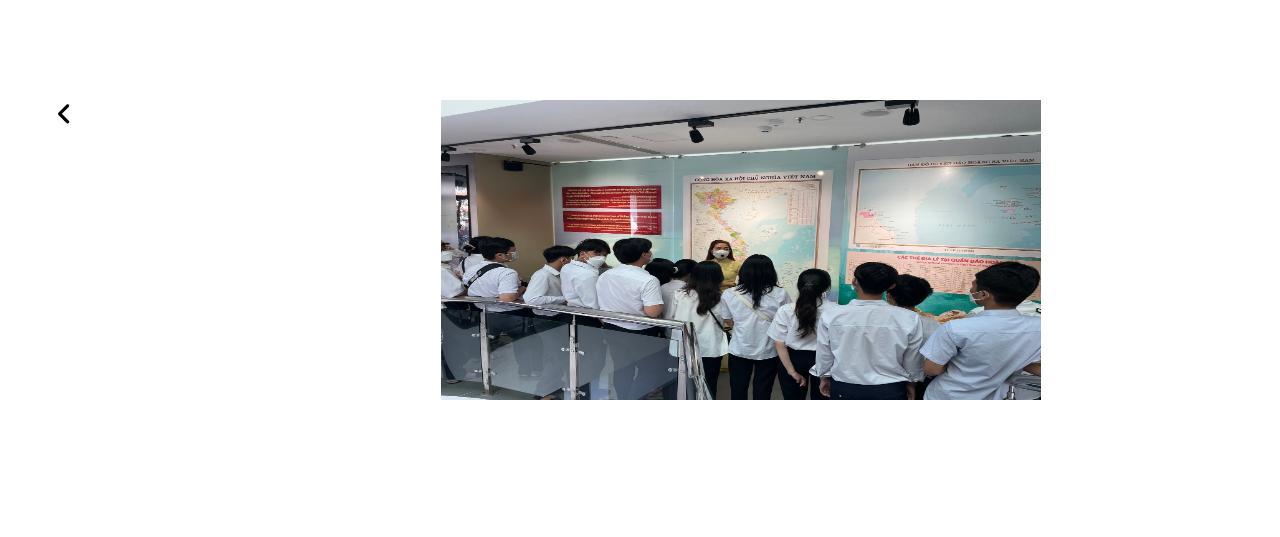
Repository: dphasst17/THPTVCC
Page: new/new_content/new_content7.html
These files come from the project's save history. The page is drawn as it stood at one moment and after the next save; the edit follows.
The browser window is 1280 px wide. The pictures show the whole page.

Above is the page before, as saved 2022-10-13 12:18:14.

After the next save:
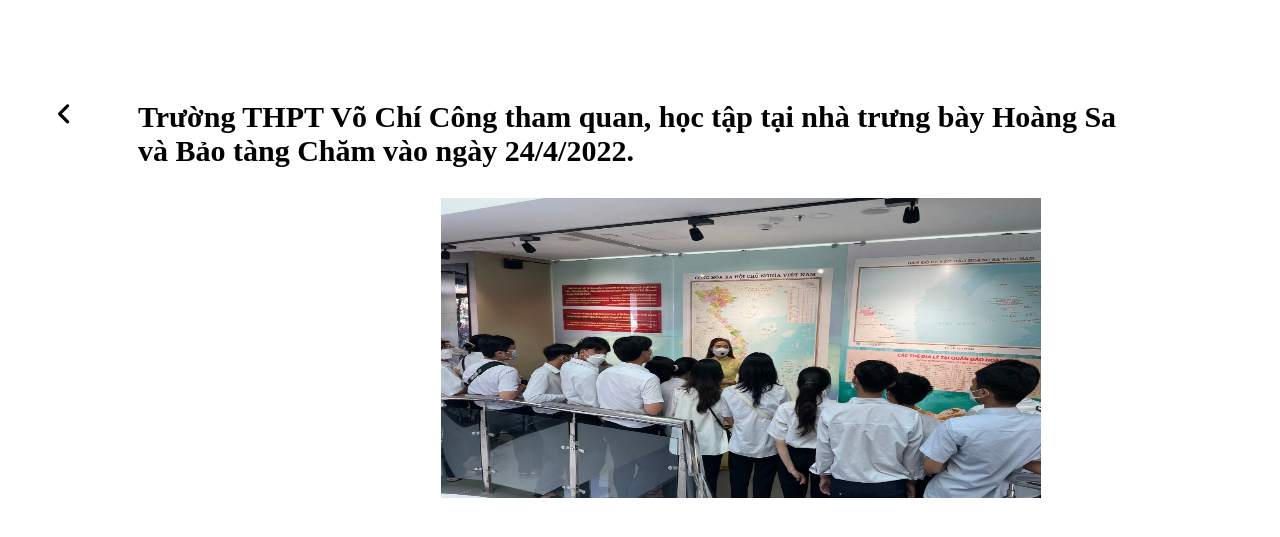
Saved 45 s later.
--- a/new/new_content/new_content7.html
+++ b/new/new_content/new_content7.html
@@ -38,8 +38,7 @@
         </a>
     </div>
     <div class="content">
-        <h3></h3>
-        <p></p>
+        <h3>Trường THPT Võ Chí Công tham quan, học tập tại nhà trưng bày Hoàng Sa và Bảo tàng Chăm vào ngày 24/4/2022.</h3>
         <img src="../new_img/7.jpg" alt="">
         <p></p>
     </div>
